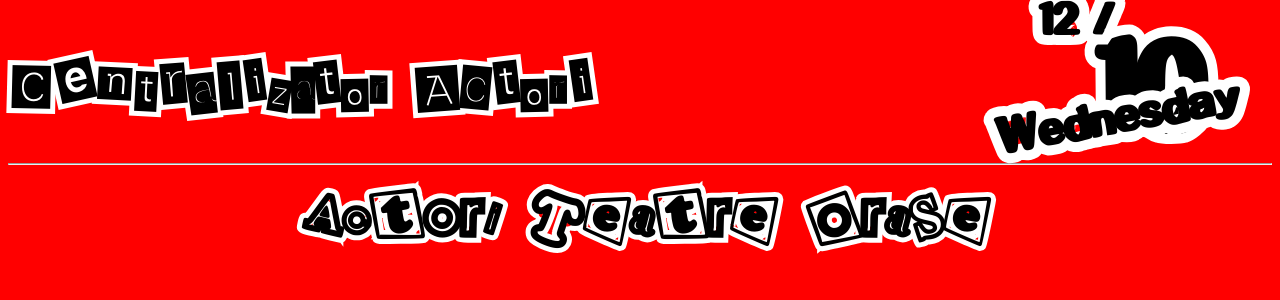
Repository: SusStefan/ActorDB
Page: Actori/src/main/webapp/index.html
The author's editor kept a copy of each file at every save. The page is drawn from the files as they stood at one save, then again after the next save.
The browser window is 1280 px wide. The pictures show the whole page.

Above is the page before, as saved 2025-12-12 23:10:07.

### Actori/src/main/webapp/index.html
<!DOCTYPE html>
<!--
To change this license header, choose License Headers in Project Properties.
To change this template file, choose Tools | Templates
and open the template in the editor.
-->
<html>
 <head>
 <title>ACTORIDB</title>
 <meta charset="UTF-8">
 <meta name="viewport" content="width=device-width, initial-scale=1.0">
 </head>
 <body>
 <h1 class='time' id="hms"><b>aaaaaaaaaaaaaaaaaaaa</b></h1>
  <h1 class='time' id="month"><b>aaaaaaaaaaaaaaaaaaaa</b></h1>
  <h1 class='time' id="day"><b>MONDAY</b></h1>

 <h1 id="titlu"><b>Centralizator Actori</b></h1>



  <hr>
 <div id="butholder">
 <a href="tabela_actori.jsp">
 	<div class="cssbutton "id="Butactori"><b class="sway-text"><strong>Actori</strong></b></div>
 </a>
<a href="tabela_teatre.jsp">
	 <div class="cssbutton "id="Butteatre"><b class="sway-text"><strong>Teatre</strong></b></div>
</a>
 <a href="tabela_orase.jsp">
<div class="cssbutton "id="Butorase"><b class="sway-text"><strong>Orase</strong></b></div>
</a>
 </div>

 </body>
 <style>

 @font-face {
  font-family: 'Persona';            /* You give it a nickname here */
  src: url('./assets/earwig_factory/pers.ttf') format('truetype'); /* Point to the file */
  font-weight: normal;
  font-style: normal;
}

 @font-face {
  font-family: 'Persona2';            /* You give it a nickname here */
  src: url('./assets/earwig_factory/persona.otf') format('opentype'); /* Point to the file */
  font-weight: normal;
  font-style: normal;
}
 @font-face {
  font-family: 'clock';            /* You give it a nickname here */
  src: url('./assets/earwig_factory/p5hatty.ttf') format('truetype'); /* Point to the file */
  font-weight: normal;
  font-style: normal;
}
 body{
 background-color: red;
 }
 .sway-text{
 color:black;
 font-size:300%;
 font-family:Persona;

 }
 #butholder
 {
 display:flex;
 padding:10px;
 justify-content:center;
 gap:20px;
 }
 #titlu{
 text-align:left;
 font-family: Persona2;
 paint-order: stroke fill;
 color:black;
-webkit-text-stroke: 10px white;
 font-size:400%;
 }
  .time{

 font-family: clock;
 paint-order: stroke fill;
 color:black;
-webkit-text-stroke: 20px white;

 }
 #hms{ position:absolute;
  font-size:1000%;
  top:-13%;
  right:6%;
 }
#day{ position:absolute;
right:3%;
 font-size:400%;
transform: rotate(-10deg);
 }
 #month{ position:absolute;
right:13%;
top:-6%;
 font-size:350%;
 }
 .cssbutton
 {
 width:100%;
 height:70%;
 background-color:red;
 padding:5px;
 text-align: center;
 }



 .sway-text {
  display: inline-block; /* Required for transform to work on text spans */
  transition: color 0.3s; /* Optional: smooth color change */
  cursor: default;
   paint-order: stroke fill;
 color:black;
-webkit-text-stroke: 10px white;
 font-size:400%;
}

 @keyframes sway {
  0% { transform: rotate(0deg); }
  25% { transform: rotate(5deg); }
  50% { transform: rotate(0deg); }
  75% { transform: rotate(-5deg); }
  100% { transform: rotate(0deg); }
}

 .cssbutton:hover
 {
  background-color:white;
  border: 3px solid black;
  animation: sway 2s ease-in-out infinite;
  }
 </style>
 <script>
 const weekday = ["Sunday","Monday","Tuesday","Wednesday","Thursday","Friday","Saturday"];
 let time = document.getElementById("hms");
 let day = document.getElementById("day");
 let month = document.getElementById("month");
 let d= new Date();
 time.innerHTML = d.getDate();
 month.innerHTML = d.getMonth()+1+" /";
 day.innerHTML = weekday[d.getDay()];


 </script>
</html>

After the next save:
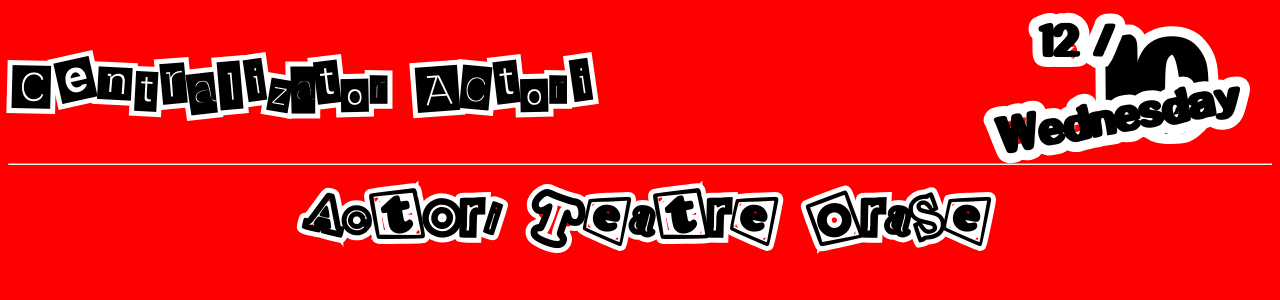
Saved 4 s later.
--- a/Actori/src/main/webapp/index.html
+++ b/Actori/src/main/webapp/index.html
@@ -98,7 +98,7 @@ transform: rotate(-10deg);
  }
  #month{ position:absolute;
 right:13%;
-top:-6%;
+top:-3%;
  font-size:350%;
  }
  .cssbutton
